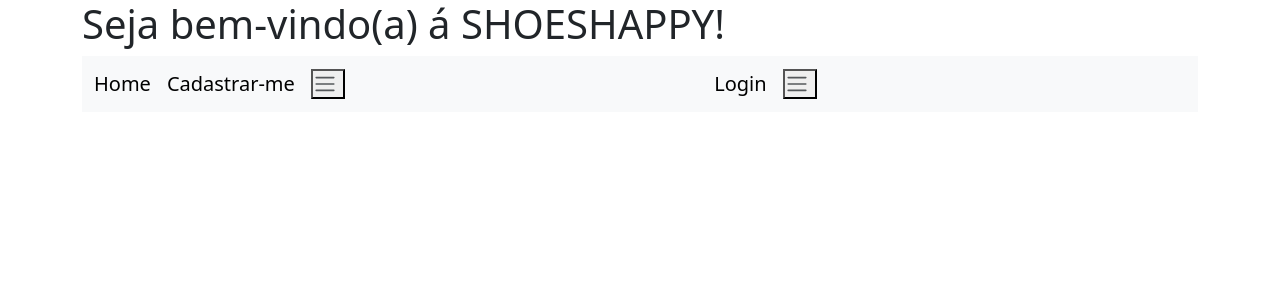
Repository: DianeMascarello/Uc09Senai
Page: http://localhost/SA3Uc09/
The author's editor kept a copy of each file at every save. The page is drawn from the files as they stood at one save, then again after the next save.
The browser window is 1280 px wide. The pictures show the whole page.
The page is served by Tomcat 10. Other server files are loaded and not shown.

Above is the page before, as saved 2023-08-14 01:45:36.

### SA3Uc09/src/main/webapp/index.jsp
<%@ page language="java" contentType="text/html; charset=UTF-8"
	pageEncoding="UTF-8"%>
<!DOCTYPE html>
<html>
<head>
<meta charset="UTF-8">
<link>
<title>SHOESHAPPY</title>
<link
	href="https://cdn.jsdelivr.net/npm/bootstrap@5.3.1/dist/css/bootstrap.min.css"
	rel="stylesheet"
	integrity="sha384-4bw+/aepP/YC94hEpVNVgiZdgIC5+VKNBQNGCHeKRQN+PtmoHDEXuppvnDJzQIu9"
	crossorigin="anonymous">

</head>
<body>
	<div class="container">

		<h1>Seja bem-vindo(a) á SHOESHAPPY!</h1>
		<nav class="navbar navbar-expand-lg bg-body-tertiary">
			<div class="container-fluid">
				<a class="navbar-brand" href="index.jsp">Home</a>
				<button class="navbar-toggler" type="button"
					data-bs-toggle="collapse" data-bs-target="#navbarSupportedContent"
					aria-controls="navbarSupportedContent" aria-expanded="false"
					aria-label="Toggle navigation">
					<span class="navbar-toggler-icon"></span>
				</button>
				<a class="navbar-brand" href="Cadastro.jsp">Cadastrar-me</a>
				<button class="navbar-nav me-auto" type="button"
					data-bs-toggle="collapse" data-bs-target="#navbarSupportedContent"
					aria-controls="navbarSupportedContent" aria-expanded="false"
					aria-label="Toggle navigation">
					<span class="navbar-toggler-icon"></span>
				</button>
				<a class="navbar-brand" href="Login.jsp">Login</a>
				<button class="navbar-nav me-auto" type="button"
					data-bs-toggle="collapse" data-bs-target="#navbarSupportedContent"
					aria-controls="navbarSupportedContent" aria-expanded="false"
					aria-label="Toggle navigation">
					<span class="navbar-toggler-icon"></span>
				</button>
			</div>
			<script
				src="https://cdn.jsdelivr.net/npm/bootstrap@5.3.1/dist/js/bootstrap.bundle.min.js"
				integrity="sha384-HwwvtgBNo3bZJJLYd8oVXjrBZt8cqVSpeBNS5n7C8IVInixGAoxmnlMuBnhbgrkm"
				crossorigin="anonymous"></script>
</body>
</html>

After the next save:
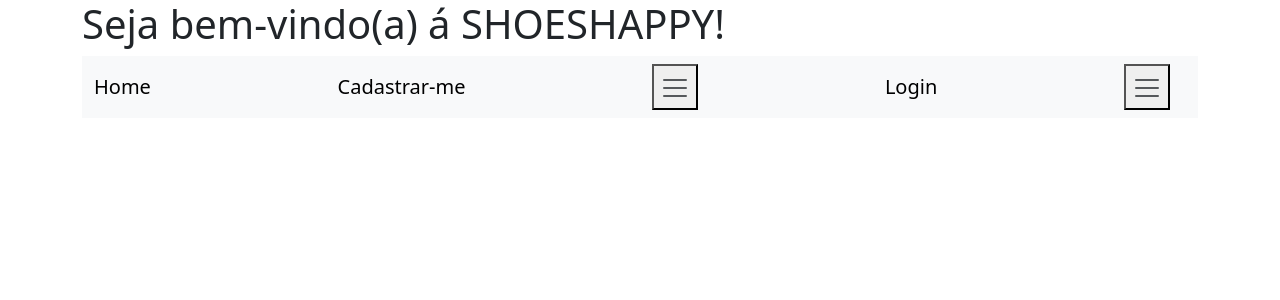
Saved 35 s later.
--- a/SA3Uc09/src/main/webapp/index.jsp
+++ b/SA3Uc09/src/main/webapp/index.jsp
@@ -27,14 +27,14 @@
 					<span class="navbar-toggler-icon"></span>
 				</button>
 				<a class="navbar-brand" href="Cadastro.jsp">Cadastrar-me</a>
-				<button class="navbar-nav me-auto" type="button"
+				<button class="navbar-brand mr-auto" type="button"
 					data-bs-toggle="collapse" data-bs-target="#navbarSupportedContent"
 					aria-controls="navbarSupportedContent" aria-expanded="false"
 					aria-label="Toggle navigation">
 					<span class="navbar-toggler-icon"></span>
 				</button>
 				<a class="navbar-brand" href="Login.jsp">Login</a>
-				<button class="navbar-nav me-auto" type="button"
+				<button class="navbar-brand mr-auto" type="button"
 					data-bs-toggle="collapse" data-bs-target="#navbarSupportedContent"
 					aria-controls="navbarSupportedContent" aria-expanded="false"
 					aria-label="Toggle navigation">
